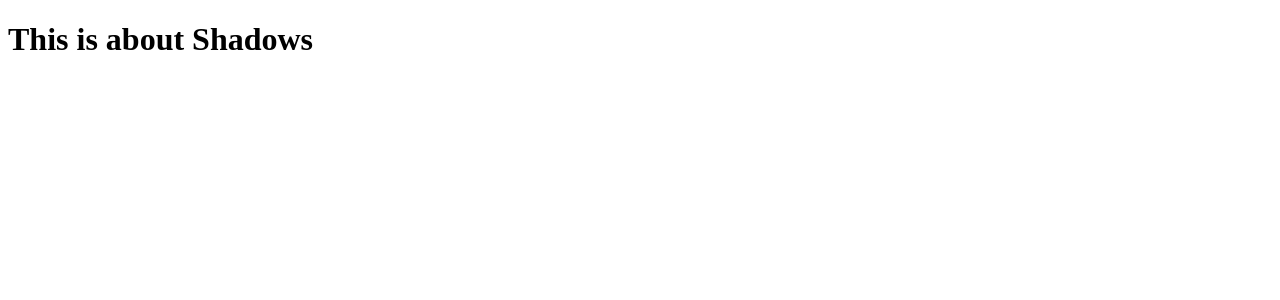
Repository: nottonofclay/csi_waymo
Page: shadows/shadows.html
The author's editor kept a copy of each file at every save. The page is drawn from the files as they stood at one save, then again after a run of saves.
The browser window is 1280 px wide. The pictures show the whole page.

Above is the page before, as saved 2023-07-06 12:03:37.

After the next 3 saves:
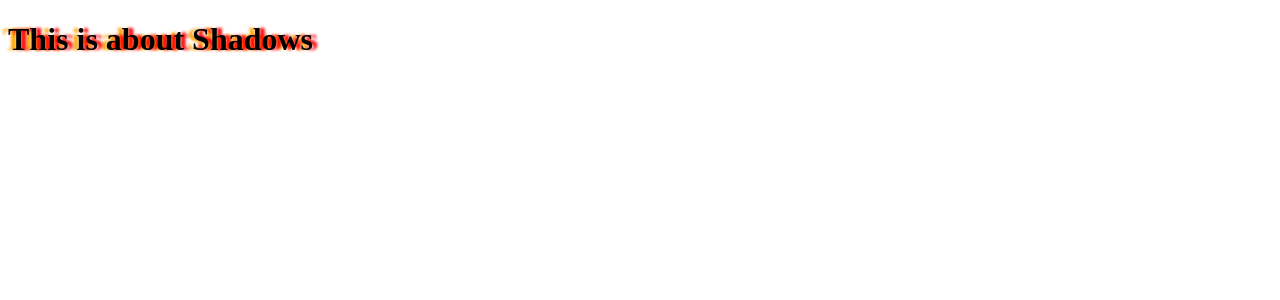
The 3 saves are shown as one change because they came seconds apart.
The last was saved 10 s later.
--- a/shadows/shadows.css
+++ b/shadows/shadows.css
@@ -1,4 +1,4 @@
 /* x-axis || y-axis || spread*/
 h1 {
-    text-shadow: 5px 0px 3px red, ;
+    text-shadow: 5px 0px 3px red, -5px 0px 3px orange;
 }
